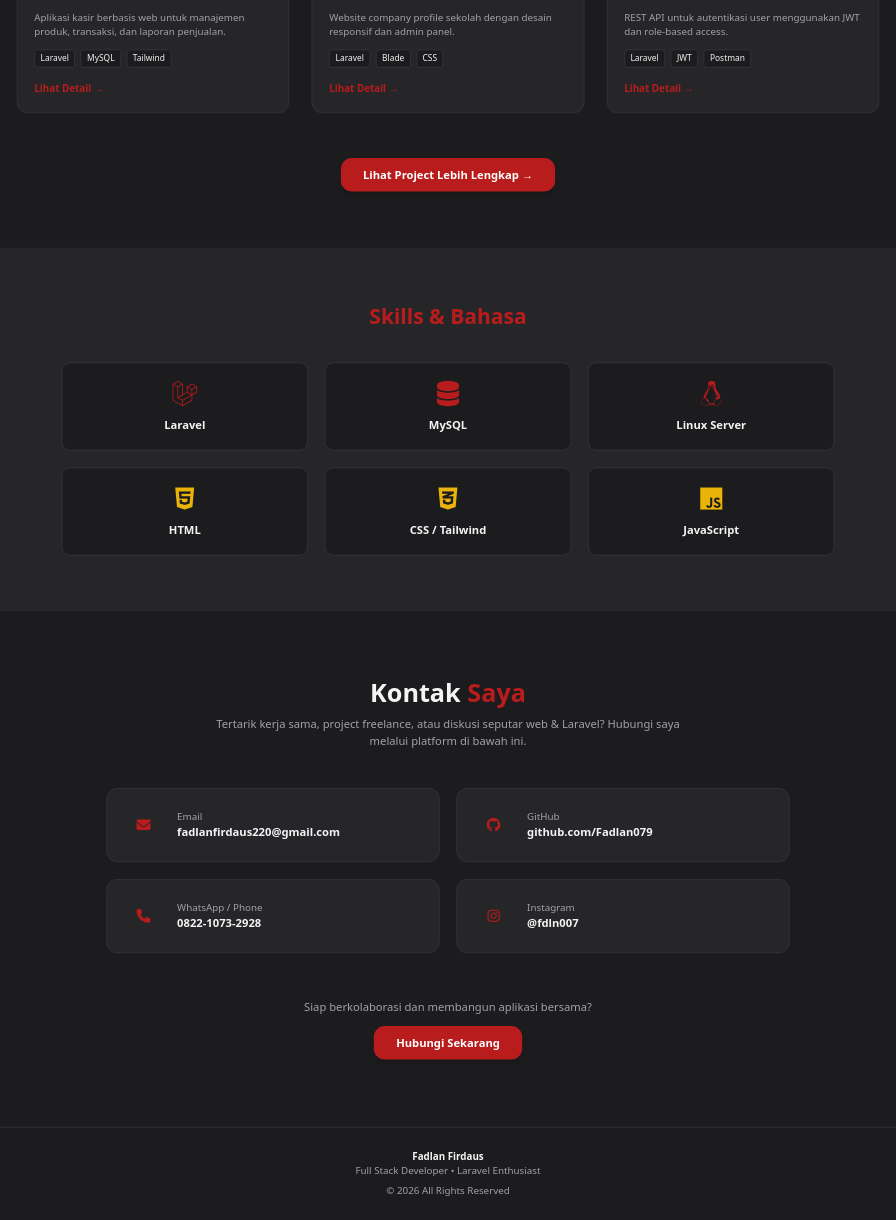
Repository: Fadlan079/Personal-Portfolio
Page: http://localhost/
An editor plug-in stored every save of this project. The page is shown before and after the next save, followed by the edit.
The browser window is 1280 px wide. The pictures show the part of the page from y = 1844 to 3764 px (the page is 3587 px tall before and 3764 px after), at 70% of full size.
Some web libraries are served in a nearby version. The page is served by the project's Laravel application, run on PHP 8.4 with Laravel 12.

Above is the page before, as saved 2026-01-14 14:32:48.

After the next save:
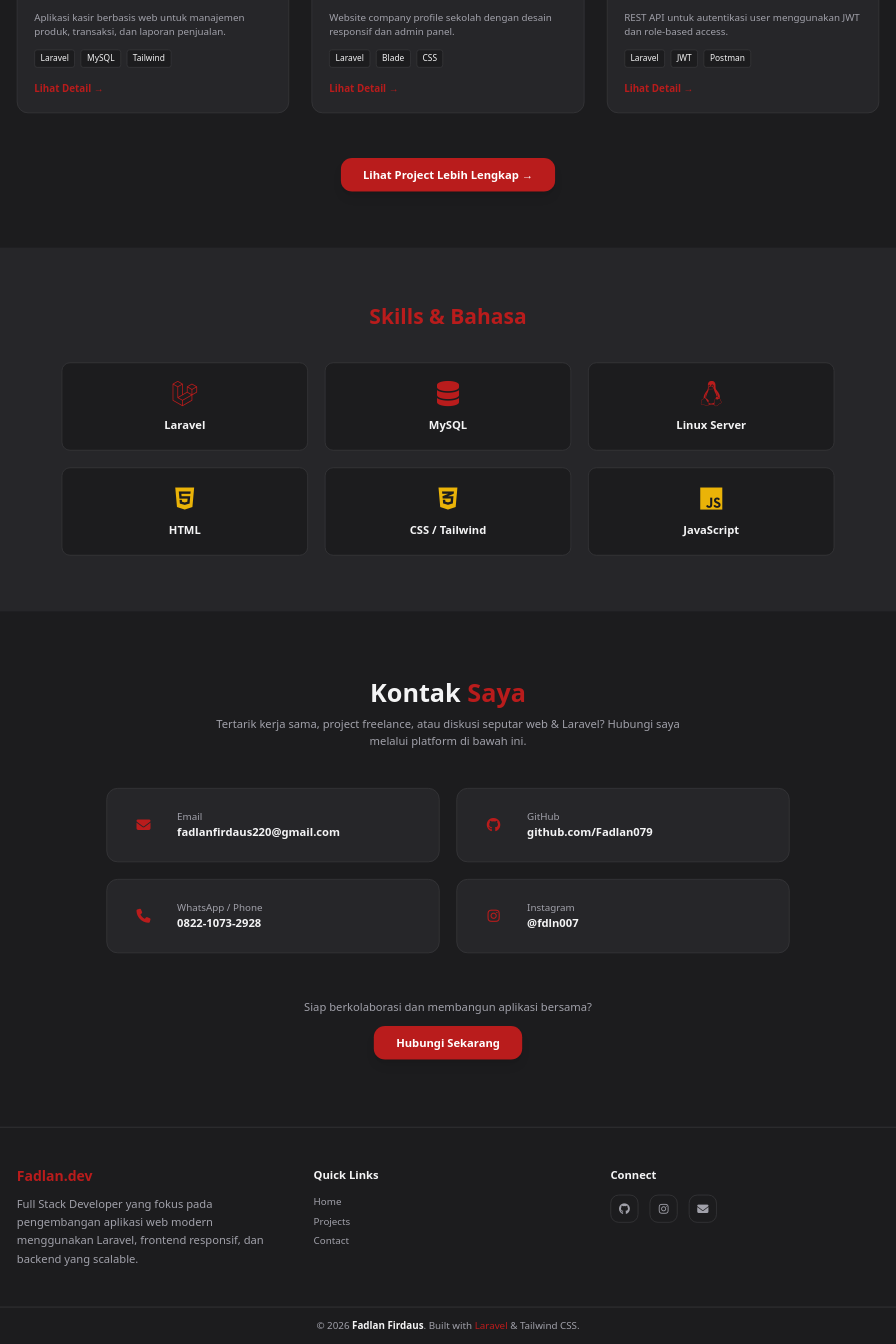
Saved 2 min 37 s later.
--- a/resources/views/portofolio.blade.php
+++ b/resources/views/portofolio.blade.php
@@ -489,11 +489,79 @@
 
 
 <!-- Footer -->
-<footer class="py-8 border-t border-border text-center text-muted text-sm">
-  <p class="font-semibold text-text">Fadlan Firdaus</p>
-  <p>Full Stack Developer • Laravel Enthusiast</p>
-  <p class="mt-2">© 2026 All Rights Reserved</p>
+<footer class="relative border-t border-border bg-bg">
+  <!-- Glow -->
+  <div class="absolute inset-0 -z-10">
+    <div class="absolute bottom-0 left-1/2 -translate-x-1/2
+                w-[400px] h-[400px]
+                bg-primary/20 blur-[120px] rounded-full"></div>
+  </div>
+
+  <div class="max-w-7xl mx-auto px-6 py-14 grid gap-10 md:grid-cols-3">
+
+    <!-- Brand -->
+    <div>
+      <h3 class="text-xl font-bold text-primary mb-3">Fadlan.dev</h3>
+      <p class="text-muted leading-relaxed">
+        Full Stack Developer yang fokus pada pengembangan
+        aplikasi web modern menggunakan Laravel,
+        frontend responsif, dan backend yang scalable.
+      </p>
+    </div>
+
+    <!-- Quick Links -->
+    <div>
+      <h4 class="font-semibold mb-4 text-text">Quick Links</h4>
+      <ul class="space-y-2 text-muted text-sm">
+        <li>
+          <a href="#home" class="hover:text-primary transition">Home</a>
+        </li>
+        <li>
+          <a href="#projects" class="hover:text-primary transition">Projects</a>
+        </li>
+        <li>
+          <a href="#contact" class="hover:text-primary transition">Contact</a>
+        </li>
+      </ul>
+    </div>
+
+    <!-- Social -->
+    <div>
+      <h4 class="font-semibold mb-4 text-text">Connect</h4>
+      <div class="flex gap-4">
+        <a href="https://github.com/Fadlan079" target="_blank"
+           class="w-10 h-10 rounded-xl border border-border
+                  flex items-center justify-center
+                  text-muted hover:text-primary hover:border-primary
+                  transition">
+          <i class="fa-brands fa-github"></i>
+        </a>
+        <a href="https://instagram.com/fdln007" target="_blank"
+           class="w-10 h-10 rounded-xl border border-border
+                  flex items-center justify-center
+                  text-muted hover:text-primary hover:border-primary
+                  transition">
+          <i class="fa-brands fa-instagram"></i>
+        </a>
+        <a href="mailto:fadlanfirdaus220@gmail.com"
+           class="w-10 h-10 rounded-xl border border-border
+                  flex items-center justify-center
+                  text-muted hover:text-primary hover:border-primary
+                  transition">
+          <i class="fa-solid fa-envelope"></i>
+        </a>
+      </div>
+    </div>
+
+  </div>
+
+  <!-- Bottom -->
+  <div class="border-t border-border text-center py-4 text-muted text-sm">
+    © 2026 <span class="text-text font-semibold">Fadlan Firdaus</span>.
+    Built with <span class="text-primary">Laravel</span> & Tailwind CSS.
+  </div>
 </footer>
+
 
 </body>
 </html>
